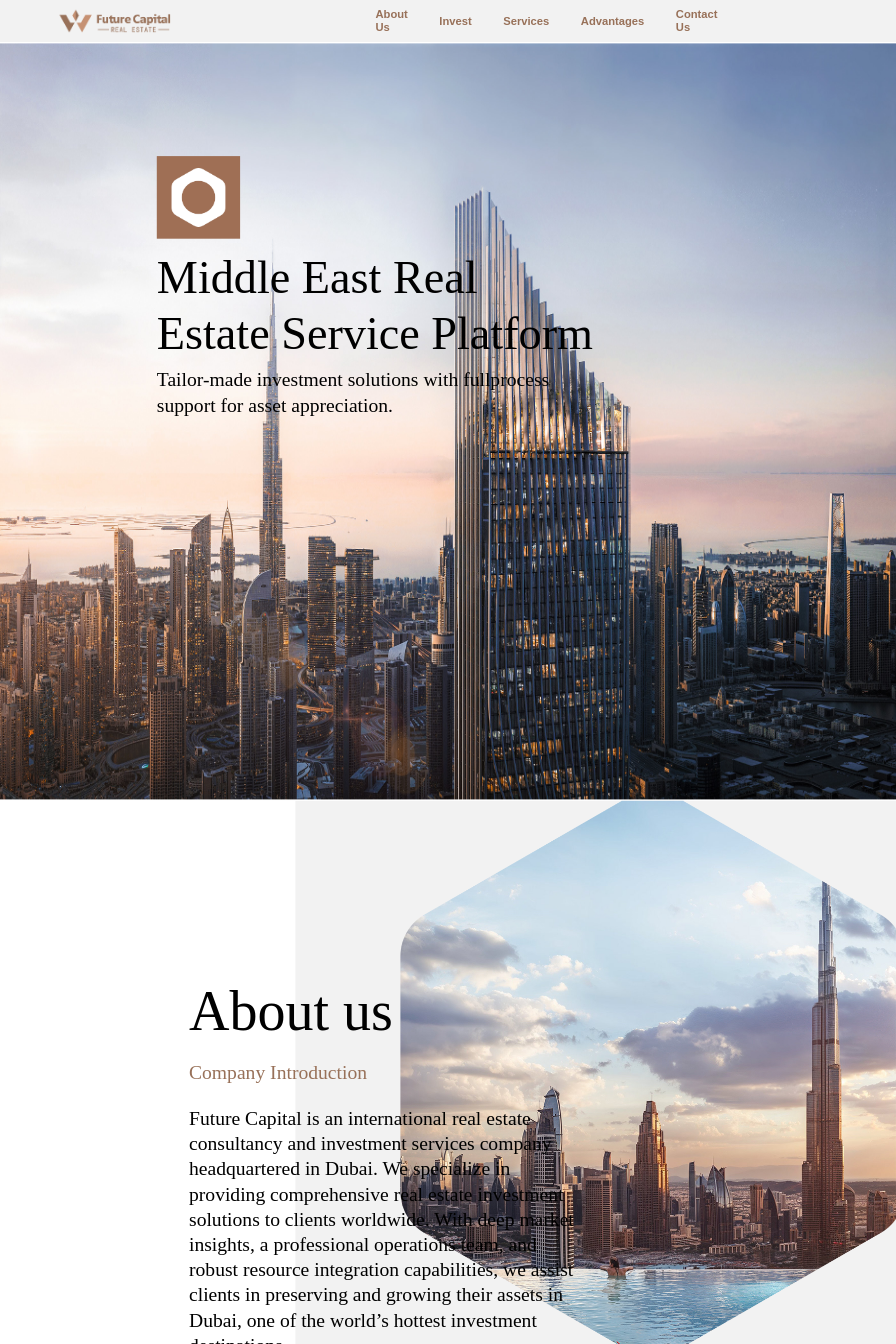
Repository: hcliu987/FutureCapital
Page: /
The author's editor kept a copy of each file at every save. The page is drawn from the files as they stood at one save, then again after the next save.
The browser window is 1280 px wide. The pictures show the part of the page from y = 0 to 1920 px (the page is 8610 px tall), at 70% of full size.
The project was rebuilt for these pictures with package versions that can differ from the ones it lists, and the page was loaded fresh each time. Also part of the build but not shown: vue.config.js.

Above is the page before, as saved 2025-01-18 13:59:33.

### src/App.vue
<template>
  <homePage />
</template>

<script setup>
import homePage from "./components/homePage.vue";
</script>

<style>
html,
body {
  margin: 0;
}
</style>

### src/components/homePage.vue
<template>
  <div class="homePage">
    <div class="nav">
      <div class="left">
        <img class="toplogo" src="@/assets/logo.png" />
      </div>
      <div class="right">
        <div><a href="#aboutUs">About Us</a></div>
        <div><a href="#invest">Invest</a></div>
        <div><a href="#services">Services</a></div>
        <div><a href="#advantages">Advantages</a></div>
        <div><a href="#contactUs">Contact Us</a></div>
      </div>
    </div>
    <div class="aboutUs" id="aboutUs">
      <img class="img_bg" src="@/assets/aboutUs_bg1.jpg" />
      <img class="logo" src="@/assets/aboutUs_logo.png" />
      <div class="title">Middle East Real</div>
      <div class="title">Estate Service Platform</div>
      <div class="subInfo m1">
        Tailor-made investment solutions with fullprocess
      </div>
      <div class="subInfo">support for asset appreciation.</div>
    </div>
    <div class="aboutUs2">
      <div class="left"></div>
      <div class="right">
        <img src="@/assets/aboutUs_bg2.png" />
      </div>
      <div class="con_txt">
        <div class="title">About us</div>
        <div class="subtitle">Company Introduction</div>
        <div class="intro">
          Future Capital is an international real estate consultancy and
          investment services company headquartered in Dubai. We specialize in
          providing comprehensive real estate investment solutions to clients
          worldwide. With deep market insights, a professional operations team,
          and robust resource integration capabilities, we assist clients in
          preserving and growing their assets in Dubai, one of the world’s
          hottest investment destinations.
        </div>
      </div>
    </div>
    <div class="aboutUs3">
      <div class="left">
        <img src="@/assets/aboutUs_bg3.png" />
      </div>
      <div class="right"></div>
      <div class="con_txt">
        <div class="title">Company Vision</div>
        <div class="line"></div>
        <div class="info">
          Whether you are looking for an ideal home or exploring high-yield
          investment opportunities, Future Capital is committed to a
          customer-first philosophy. <br /><br />
          We deliver tailored investment support through exceptional service
          quality and forward-thinking market analysis, ensuring a personalized
          experience for every client.
        </div>
      </div>
    </div>
    <div class="invest" id="invest">
      <div class="top">
        <div class="title">New Opportunities</div>
        <div class="title">for Global Asset Allocation</div>
        <div class="line"></div>
      </div>
      <div class="bottom">
        <div class="row">
          <div class="item">
            <div class="pre">0%</div>
            <div class="text">
              Tax Incentives: Zero personal income tax.Zero capital gains tax.
            </div>
          </div>
          <div class="item">
            <div class="pre">6%-8%</div>
            <div class="text">
              Leading Investment Returns:The real estate market offers an
              average annual rental yield of 6%-8%.
            </div>
          </div>
          <div class="item">
            <div class="pre">12%</div>
            <div class="text">
              High-End Residential Growth:Luxury residential projects boast an
              annual sales growth rate exceeding 12%.
            </div>
          </div>
        </div>
        <div class="row">
          <div class="item">
            <div class="pre">100%</div>
            <div class="text">
              Non-UAE investors can achieve 100% foreign ownership.
            </div>
          </div>
          <div class="item">
            <div class="pre">80%</div>
            <div class="text">
              Over 80% of the population in Dubai consists of expatriates,
              leading to steadily growing housing demand.
            </div>
          </div>
          <div class="item">
            <div class="pre">60%</div>
            <div class="text">
              Located at the intersection of Europe, Asia, and Africa, 60% of
              global markets are within an 8-hour flight radius.
            </div>
          </div>
        </div>
        <div class="btext m1">
          Dubai, as a world-leading international metropolis, serves not only as
          the economic and trade hub of
        </div>
        <div class="btext">
          the Middle East but also as a focal point for global investors.
        </div>
      </div>
    </div>
    <div class="services" id="services">
      <div class="top">
        <div class="line"></div>
        <div class="item">
          <div class="title">Our Services</div>
          <div>
            Assist the rental of of primary and secondary commercial/residential
            properties.
          </div>
          <div>
            Assist the rental of of primary and secondary commercial/residential
            properties.
          </div>
        </div>
      </div>
      <div class="imgs">
        <img class="img1" src="@/assets/services_bg1.png" />
        <img class="img2" src="@/assets/services_bg2.png" />
      </div>
    </div>
    <div class="advantages1" id="advantages">
      <img src="@/assets/advantages_bg1.jpg" />
      <div class="title">Our Advantages</div>
    </div>
    <div class="advantages2">
      <div class="top">
        <div class="item">
          <div class="title">Company Introduction</div>
          <div class="info">
            A professional real estate consultancy team offering accurate market
            analysis and expert advice.
          </div>
        </div>
        <div class="item h1">
          <div class="title">High-End Resource Integration</div>
          <div class="info">
            Collaborating with Dubai’s top developers, such as EMAAR, Nakheel,
            and DAMAC, to provide exclusive properties and premium resources.
          </div>
        </div>
        <div class="item h1">
          <div class="title">Customer First</div>
          <div class="info">
            Placing client needs at the core, delivering full process,
            comprehensive support from property selection to investment
            implementation.
          </div>
        </div>
        <div class="item">
          <div class="title">Global Perspective</div>
          <div class="info">
            Serving clients worldwide, including investors from China, the UK,
            India, Europe, and Gulf countries.
          </div>
        </div>
      </div>
      <div class="img">
        <img src="@/assets/advantages_bg2.png" />
      </div>
    </div>
    <div class="contact" id="contactUs">
      <div class="left">
        <img src="@/assets/contact_bg2.png" />
      </div>
      <div class="right">
        <img src="@/assets/contact_bg1.png" />
      </div>
      <div class="content">
        <div class="title">
          <img src="@/assets/aboutUs_logo.png" />
          <div class="text">Contact US</div>
        </div>
        <div class="info">
          Thank you for your interest and trust in us! For more information
          about our projects or to discuss any inquiries and collaboration
          opportunities, feel free to reach out to our professional team. You
          can contact us through the following channels, and we look forward to
          providing you with the best service.
        </div>
        <div class="detail">
          <div class="key">Phone</div>
          <div class="value">+971 50 350 8883</div>
        </div>
        <div class="detail">
          <div class="key">Email</div>
          <div class="value">michael@futurecapital.ae</div>
        </div>
        <div class="detail">
          <div class="key">Address</div>
          <div class="value">
            3rd Floor Westburry Tower, Al Abraj Street Business Bay, Dubai
          </div>
        </div>
        <div class="end">
          We look forward to working with you to build a better future !
        </div>
      </div>
    </div>
  </div>
</template>

<script setup>
</script>


<style scoped>
.homePage {
  max-width: 1920px;
}
.nav {
  height: 60px;
  background: #f2f2f2;
  display: flex;
  align-items: center;
  justify-content: space-between;
  padding: 0 210px 0 85px;
  margin-bottom: 2px;
}
.nav .left {
  display: flex;
  align-items: center;
}
.nav .left img {
  margin-right: 12px;
}
.nav .right {
  display: flex;
  align-items: center;
  justify-content: end;
  width: 100%;
  font-family: 'Outfit Bold', sans-serif;
}
.nav .right div {
  margin-right: 45px;
  color: #987159;
  cursor: pointer;
  font-size: 16px;
  font-weight: bold;
}
.nav .right a {
  color: #987159;
  text-decoration: none;
}
.aboutUs {
  width: 100%;
  position: relative;
  min-height: 1080px;
  margin-bottom: 2px;
}
.aboutUs .img_bg {
  max-width: 100%;
  position: absolute;
  min-height: 1080px;
}
.aboutUs .logo {
  width: 118.5px;
  height: 118.5px;
  margin: 160.5px 0 12px 224px;
  position: relative;
  z-index: 1;
}
.nav .left .toplogo{
  width: 35%;
  height: 1%;
}
.aboutUs .title {
  margin-left: 224px;
  font-size: 66px;
  font-weight: 400;
  color: #000;
  line-height: 80px;
  position: relative;
  z-index: 1;
  font-family: ;
}
.aboutUs .subInfo {
  margin-left: 224px;
  font-size: 28px;
  line-height: 36px;
  position: relative;
  z-index: 1;
}
.aboutUs .m1 {
  margin-top: 8px;
}
.aboutUs2 {
  display: flex;
  width: 100%;
  min-height: 1080px;
  position: relative;
  margin-bottom: 2px;
}
.aboutUs2 .left {
  width: 33%;
  background: #fff;
}
.aboutUs2 .right {
  width: 67%;
  background: #f2f2f2;
  text-align: right;
}
.aboutUs2 .right img {
  max-width: 82.5%;
}
.aboutUs2 .con_txt {
  position: absolute;
  top: 260px;
  left: 270px;
  width: 573px;
}
.aboutUs2 .title {
  font-size: 80px;
  line-height: 80px;
  color: #000;
}
.aboutUs2 .subtitle {
  font-size: 28px;
  color: #987159;
  line-height: 36px;
  margin: 30px 0;
}
.aboutUs2 .intro {
  font-size: 28px;
  line-height: 36px;
}
.aboutUs3 .left {
  width: 55.7%;
}
.aboutUs3 {
  display: flex;
  width: 100%;
  position: relative;
  margin-bottom: 2px;
}
.aboutUs3 .right {
  width: 44.3%;
  background: #f2f2f2;
}
.aboutUs3 .con_txt {
  width: 851px;
  height: 678px;
  background: #fff;
  position: absolute;
  top: 110px;
  right: 110px;
  padding: 182px 0 0 132px;
}
.aboutUs3 .con_txt .title {
  font-size: 28px;
  color: #987159;
  line-height: 36px;
  margin-bottom: 66px;
}
.aboutUs3 .con_txt .line {
  height: 1px;
  width: 145px;
  margin-bottom: 38px;
  background: #987159;
}
.aboutUs3 .con_txt .info {
  width: 533px;
  font-size: 28px;
  line-height: 36px;
}
.invest .top {
  height: 360px;
  background: #fff;
  text-align: center;
  display: flex;
  align-items: center;
  flex-direction: column;
  justify-content: center;
}
.invest .top .title {
  font-size: 80px;
  color: #000;
  line-height: 80px;
}
.invest .top .line {
  height: 1px;
  background: #987159;
  width: 773px;
  margin-top: 32px;
}
.invest .bottom {
  height: 600px;
  background: #f2f2f2;
  padding: 90px 200px 30px 328px;
}
.invest .bottom .row {
  display: flex;
  justify-content: space-between;
}
.invest .bottom .row .item {
  height: 215px;
  width: 314px;
  margin-bottom: 40px;
}
.invest .bottom .row .pre {
  font-size: 80px;
  line-height: 80px;
  color: #987159;
  margin-bottom: 7.5px;
}
.invest .bottom .row .text {
  font-size: 20px;
  line-height: 25.2px;
  color: #000;
}
.invest .bottom .btext {
  width: 100%;
  text-align: center;
  font-size: 28px;
  line-height: 36px;
}
.invest .bottom .m1 {
  margin-top: 10px;
}
.services {
  min-height: 1080px;
  background: #fff;
  margin: 2px 0;
}
.services .top {
  height: 232px;
  padding: 150px 120px 150px 150px;
}
.services .top .line {
  width: 466px;
  height: 1px;
  background: #987159;
  margin-bottom: 65px;
}
.services .top .item {
  display: flex;
  align-items: center;
  justify-content: space-between;
  height: 106px;
}
.services .top .item div {
  max-width: 460px;
  font-size: 28px;
  line-height: 36px;
}
.services .top .item .title {
  max-width: 550px;
  font-size: 80px;
}
.services .imgs {
  display: flex;
  width: 100%;
}
.services .imgs .img1 {
  width: 67%;
}
.services .imgs .img2 {
  width: 33%;
}
.advantages1 {
  min-height: 1080px;
  margin-bottom: 2px;
  position: relative;
  display: flex;
  align-items: center;
  justify-content: center;
}
.advantages1 .title {
  font-size: 80px;
  position: relative;
  color: #fff;
  z-index: 1;
}
.advantages1 img {
  min-height: 1080px;
  width: 100%;
  position: absolute;
}
.advantages2 {
  min-height: 1080px;
  background: #fff;
  margin-bottom: 2px;
}
.advantages2 .img {
  height: 488px;
}
.advantages2 .top {
  height: 529px;
  padding: 63px 142px 0 172px;
  display: flex;
  justify-content: space-between;
}
.advantages2 .top .item {
  width: 332px;
}
.advantages2 .top .h1 {
  width: 345px;
}
.advantages2 .top .title {
  color: #987159;
  height: 180px;
  font-size: 28px;
  display: flex;
  align-items: flex-end;
  margin-bottom: 40px;
  font-weight: 700;
}
.advantages2 .top .info {
  font-size: 28px;
}
.advantages2 .img img {
  width: 100%;
  height: 100%;
}
.contact {
  display: flex;
  position: relative;
}
.contact .left {
  background: #f2f2f2;
  width: 50%;
  display: flex;
  align-items: center;
}
.contact .left img {
  max-width: 22%;
  position: relative;
  z-index: 1;
}
.contact .right {
  width: 50%;
  background: #987159;
  display: flex;
  align-items: center;
  justify-content: end;
}
.contact .right img {
  max-width: 60%;
}
.contact .content {
  width: 870px;
  height: 613px;
  position: absolute;
  top: 108px;
  left: 194px;
  background: #fff;
  padding: 129px 65px 120px 100px;
}
.contact .content .title {
  display: flex;
  align-items: flex-end;
  margin-bottom: 80px;
}
.contact .content img {
  width: 118px;
  height: 118px;
}
.contact .content .title .text {
  font-size: 80px;
  line-height: 80px;
  margin-left: 93px;
}
.contact .content .info {
  font-size: 28px;
  line-height: 36px;
  margin-bottom: 30px;
}
.contact .content .detail {
  display: flex;
  margin-bottom: 16px;
}
.contact .content .key,
.contact .content .value {
  min-width: 119px;
  font-size: 22px;
  color: #987159;
  line-height: 30px;
}
.contact .content .value {
  color: #000;
}
.contact .content .end {
  font-size: 28px;
  line-height: 36px;
  text-align: center;
  margin-top: 50px;
}
</style>

Loaded but not shown: public/index.html (common file); src/main.js (common file)

After the next save:
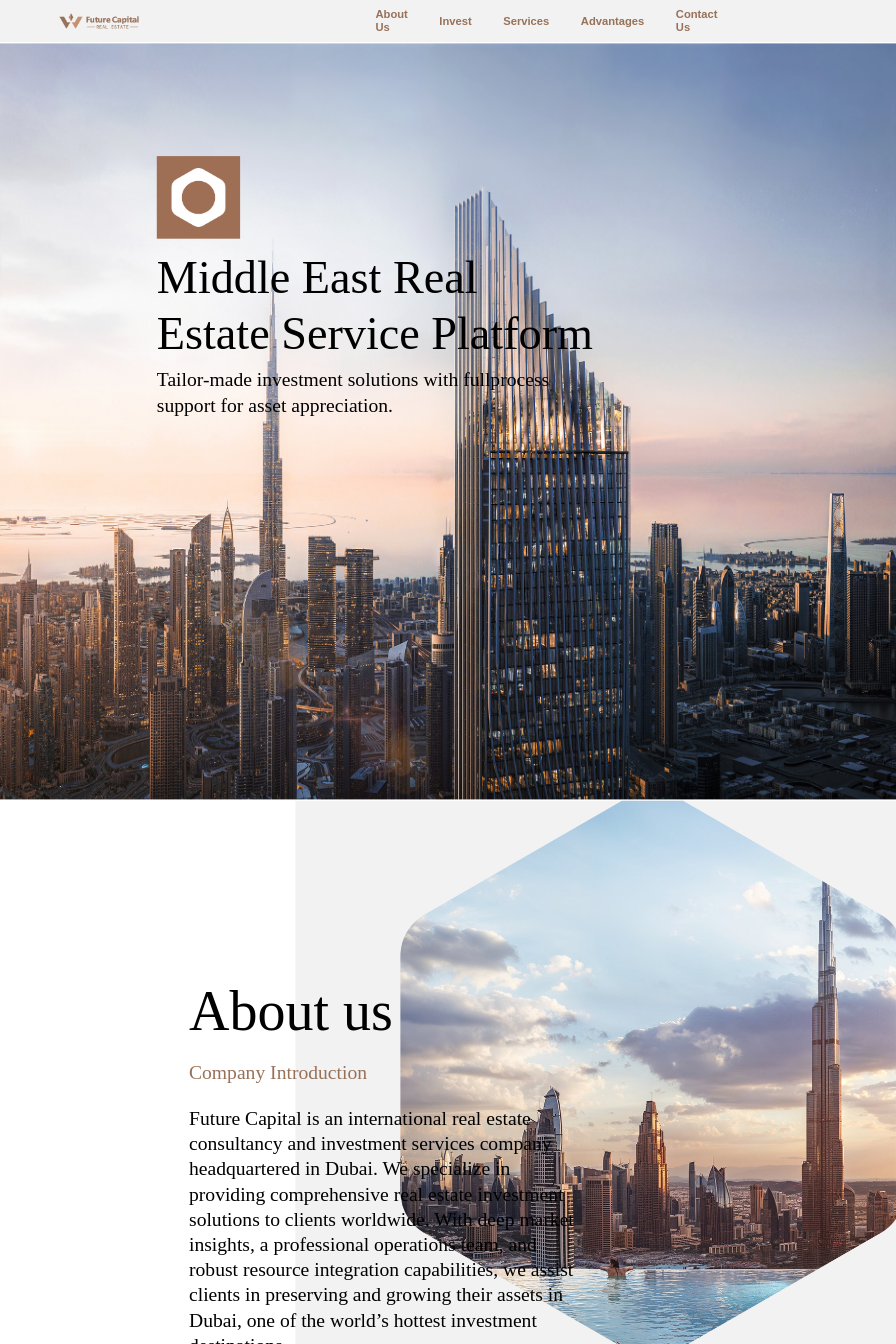
Saved 17 s later.
--- a/src/components/homePage.vue
+++ b/src/components/homePage.vue
@@ -281,8 +281,8 @@
   z-index: 1;
 }
 .nav .left .toplogo{
-  width: 35%;
-  height: 1%;
+  width: 25%;
+  height: 25%;
 }
 .aboutUs .title {
   margin-left: 224px;
